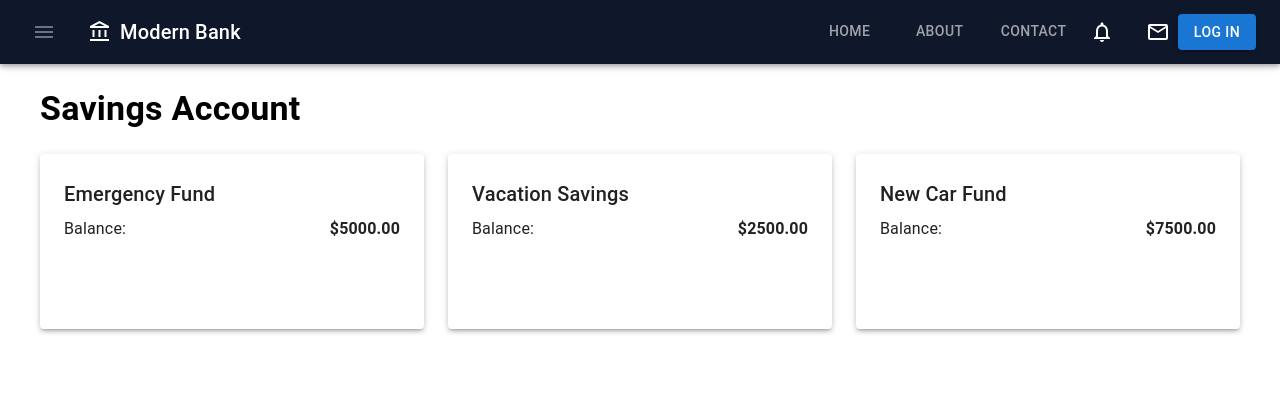
Repository: MohammadMazloum123/Moder-Bank-Full-Stack-Project
Page: /savings-account (app in Desktop/front-modernbank/front-modernbank/)
The author's editor kept a copy of each file at every save. The page is drawn from the files as they stood at one save, then again after the next save.
The browser window is 1280 px wide. The pictures show the whole page.
The project was rebuilt for these pictures with package versions that can differ from the ones it lists, and the page was loaded fresh each time. Also part of the build but not shown: Desktop/front-modernbank/front-modernbank/src/components/HomePage.jsx, Desktop/front-modernbank/front-modernbank/src/transactions/NewTransaction.tsx, Desktop/front-modernbank/front-modernbank/src/transactions/TransactionsHistory.tsx.

Above is the page before, as saved 2024-11-18 17:25:06.

After the next save:
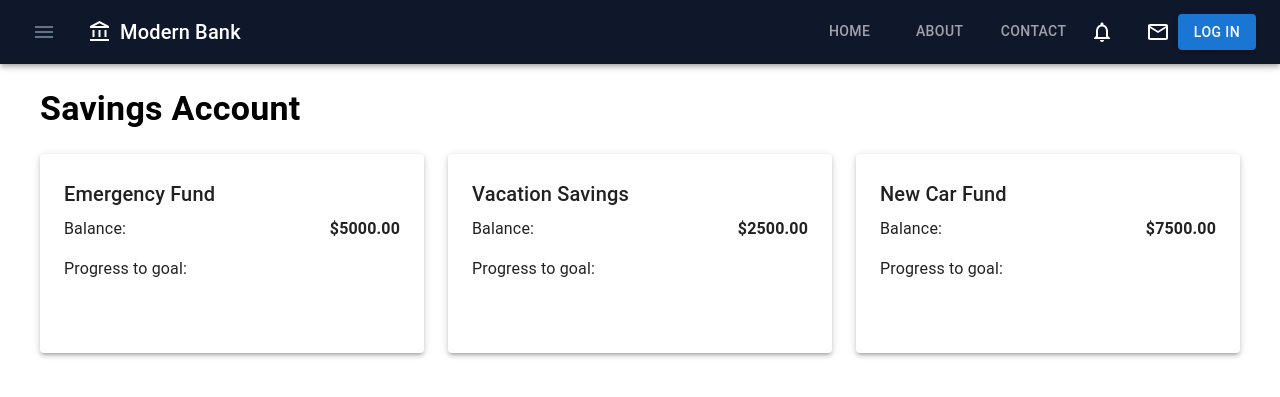
Saved 13 s later.
--- a/Desktop/front-modernbank/front-modernbank/src/savings/SavingsAccount.tsx
+++ b/Desktop/front-modernbank/front-modernbank/src/savings/SavingsAccount.tsx
@@ -65,7 +65,7 @@ return (
                             <Typography variant='body1' fontWeight='bold'>${account.balance.toFixed(2)}</Typography>
                         </Box>
                         <Box>
-                            <Typography></Typography>
+                            <Typography>Progress to goal:</Typography>
                         </Box>
                     </Paper>
                 </Grid>
